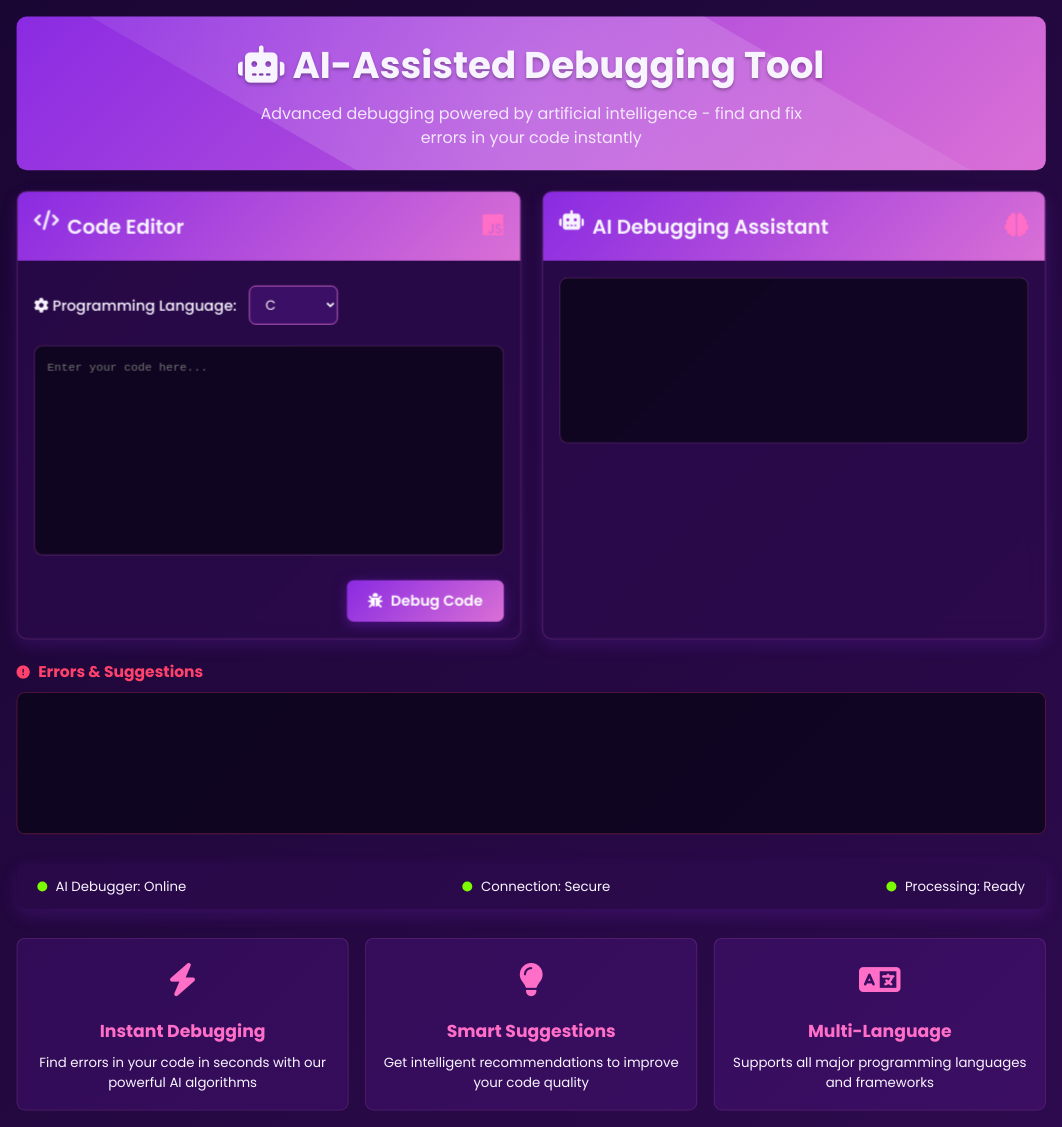
Repository: ujjwalkathait/AI-Asissted_Debugging_tool
Page: Frontend/public/index.html
The author's editor kept a copy of each file at every save. The page is drawn from the files as they stood at one save, then again after the next save.
The browser window is 1280 px wide. The pictures show the whole page, at 83% of full size.

Above is the page before, as saved 2025-07-13 23:08:48.

After the next save:
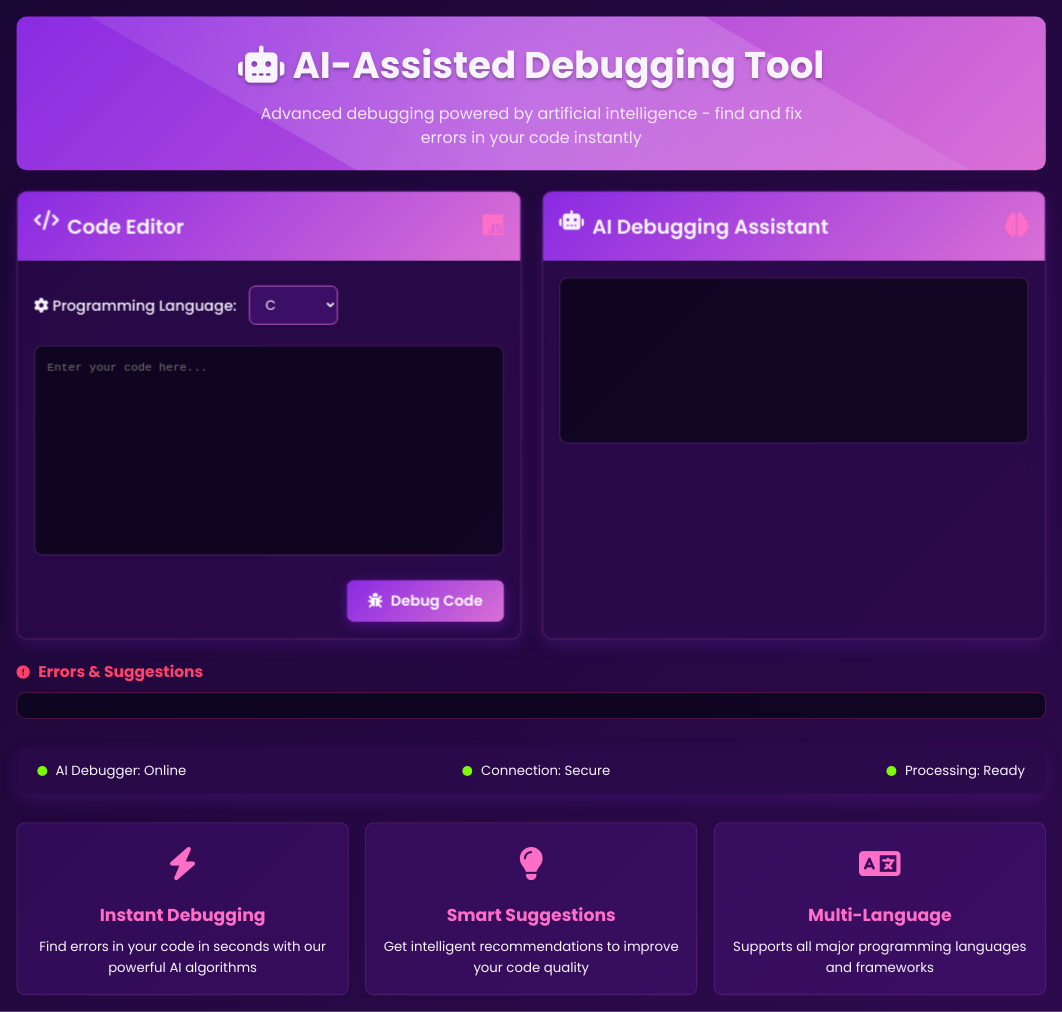
Saved 67 s later.
--- a/Frontend/public/style.css
+++ b/Frontend/public/style.css
@@ -225,7 +225,7 @@ select:focus {
     display: flex;
     flex-direction: column;
     gap: 10px;
-    height: 210px;
+    height: 100%;
 }
 
 .error-header {
